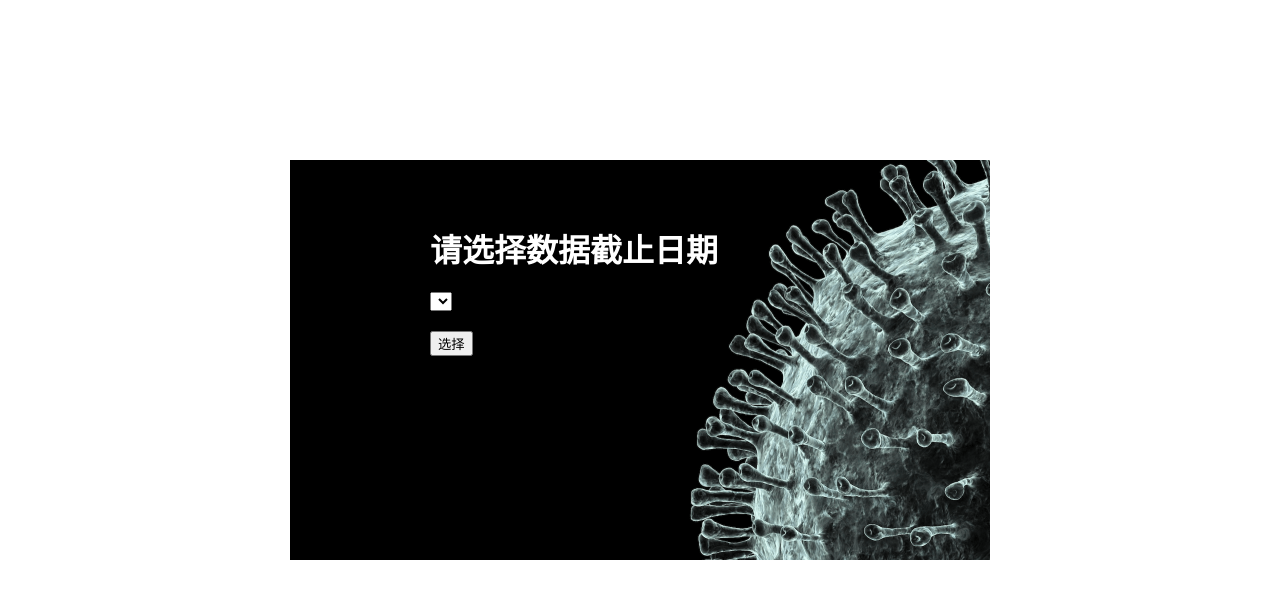
Repository: yz990219/InfectStatisticWeb
Page: http://localhost/MyInfectStatisticWeb/dateChooseProvince.jsp
These files come from the project's save history. The page is drawn as it stood at one moment and after the next save; the edit follows.
The browser window is 1280 px wide. The pictures show the whole page.
The page is served by Tomcat 9. Other server files are loaded and not shown.

Above is the page before, as saved 2020-03-13 16:11:28.

### MyInfectStatisticWeb/WebContent/dateChooseProvince.jsp
<%@ page language="java" contentType="text/html; charset=utf-8"
	pageEncoding="utf-8"%>
<%@ page import="hw2.*"%>
<%@ page import="java.util.*"%>
<%@ page import="java.io.File"%>
<!DOCTYPE html>
<html>
<head>
<title>日期选择</title>
<link href="css/datechoose.css" rel="stylesheet">
</head>
<body>
	<div class="datechoose">
		<form class="form" action="province.jsp" method="post">
			<%
				ArrayList<String> fileNameList = new ArrayList<String>();
				String[] temp;
				String path = "D:\\InfectStatisticWeb\\MyInfectStatisticWeb\\WebContent\\log\\";
				File name = new File(path);
				temp = name.list();
				if (name.isDirectory()) {
					for (int i = 0; i < temp.length; i++) {
						fileNameList.add(temp[i]);
					}
				}
			%>
			<div><h1 style="color:#ffffff ;">请选择数据截止日期</h1></div>
			<div>
				<select name="date">
					<%
						for (int i = 0; i < fileNameList.size(); i++) {
					%>
					<option
						value="<%=fileNameList.get(i).substring(0, fileNameList.get(i).length() - 8)%>">
						<%=fileNameList.get(i).substring(0, fileNameList.get(i).length() - 8)%>
					</option>
					<%
						}
					%>
				</select>
			</div>
			<input id="province_value" name="province_value"
					type="text" value="<%=request.getParameter("province_value") %>" style="display: none;">
			<div style="margin-top: 20px">
				<button type="submit">选择</button>
			</div>

		</form>
	</div>

</body>
</html>

### MyInfectStatisticWeb/WebContent/css/datechoose.css
@charset "UTF-8";
.datechoose {
	background-image: url(backgroundimg.png);
   	width: 700px;
    height: 400px;
    position: fixed;
    left: 50%;
    top: 50%;
    z-index: 11;
    /*设定这个div的margin-top的负值为自身的高度的一半,margin-left的值也是自身的宽度的一半的负值.*/
    /*宽为400,那么margin-top为-200px*/
    /*高为200那么margin-left为-100px;*/
    margin: -200px 0 0 -350px;
}
.form{
	margin: 65px 0 0 140px;
}

After the next save:
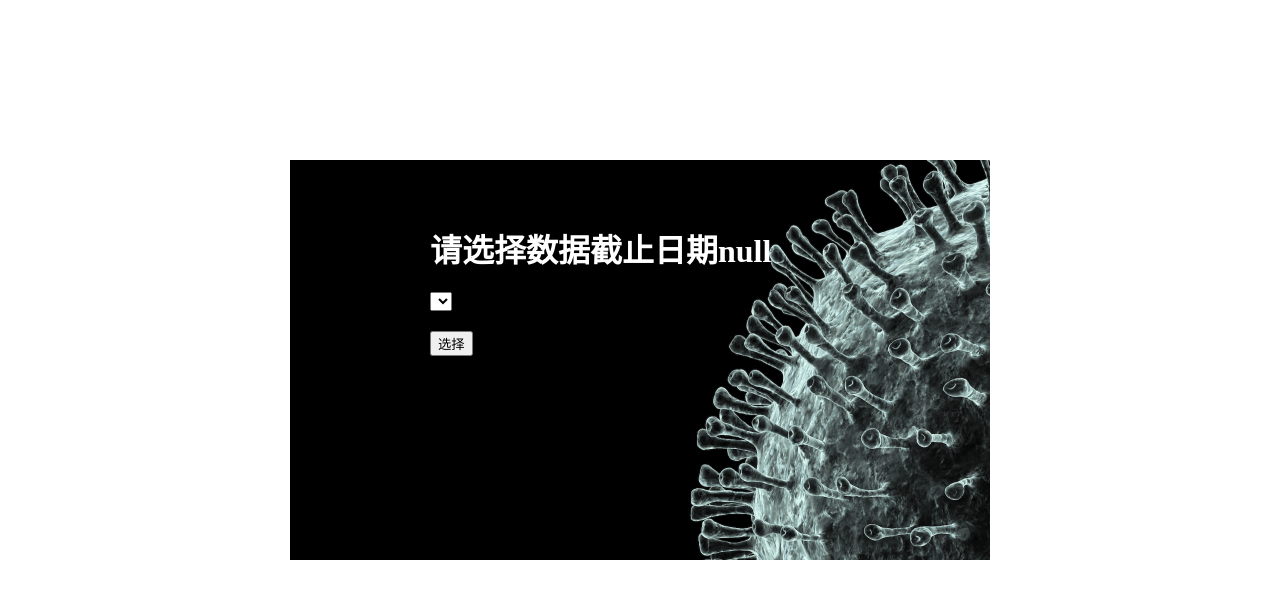
Saved 80 s later.
--- a/MyInfectStatisticWeb/WebContent/dateChooseProvince.jsp
+++ b/MyInfectStatisticWeb/WebContent/dateChooseProvince.jsp
@@ -24,7 +24,7 @@
 					}
 				}
 			%>
-			<div><h1 style="color:#ffffff ;">请选择数据截止日期</h1></div>
+			<div><h1 style="color:#ffffff ;">请选择数据截止日期<%=request.getParameter("province_value") %></h1></div>
 			<div>
 				<select name="date">
 					<%
